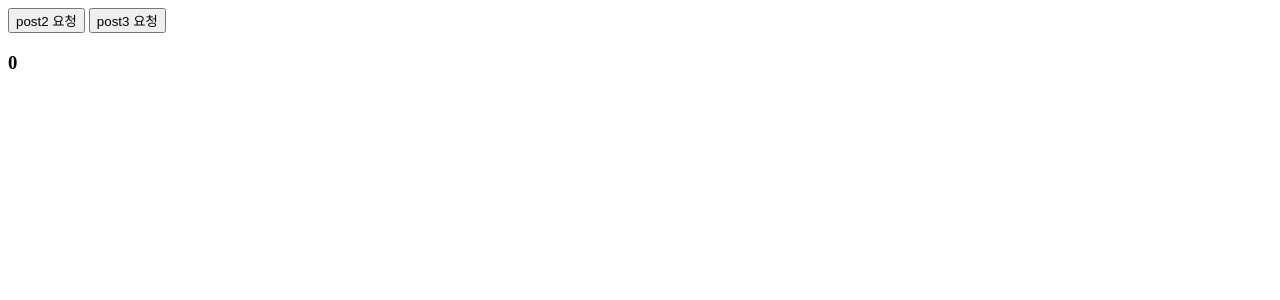
Repository: cwj2306/blog_project_2
Page: http://localhost/blog/test/ajaxtext4.jsp
An editor plug-in stored every save of this project. The page is shown before and after the next save, followed by the edit.
The browser window is 1280 px wide. The pictures show the whole page.
The page is served by Tomcat 9. Nobody is signed in. The application's start-up code is not run. Other server files are loaded and not shown.

Above is the page before, as saved 2019-11-05 01:56:00.

### blog/WebContent/test/ajaxtext4.jsp
<%@ page language="java" contentType="text/html; charset=UTF-8" pageEncoding="UTF-8"%>
<!DOCTYPE html>
<html>
<head>
<meta charset="UTF-8">
<title>Insert title here</title>
</head>
<body>

	<button onclick="sendPost2()">post2 요청</button>
	<button onclick="sendPost3()">post3 요청</button>

	<h3><div id="demo">0</div></h3>


	<script>

		let postNum2 = 0;
		let postNum3 = 0;
		let sum = 0;

		function sendPost2() {
			var xhttp = new XMLHttpRequest();

			xhttp.onreadystatechange = function() {
				if (this.readyState == 4 && this.status == 200) {
					postNum2 = this.responseText;
					console.log('post2 : ' + postNum2);
				}
			};

			xhttp.open("POST", "http://localhost:8000/blog/test2", true);
			xhttp.setRequestHeader("Content-type", "text/plain");
			xhttp.send();
		}

		function sendPost3() {
			var xhttp = new XMLHttpRequest();

			xhttp.onreadystatechange = function() {
				if (this.readyState == 4 && this.status == 200) {
					postNum3 = this.responseText;
					console.log('post3 : ' + postNum3);

					sum = Number(postNum2) + Number(postNum3);
					console.log('sum = ' + sum);

					document.querySelector("#demo").innerHTML = sum;
				}
			};

			xhttp.open("POST", "http://localhost:8000/blog/test3", true);
			xhttp.setRequestHeader("Content-type", "text/plain");
			xhttp.send();
		}
	</script>

</body>
</html>

After the next save:
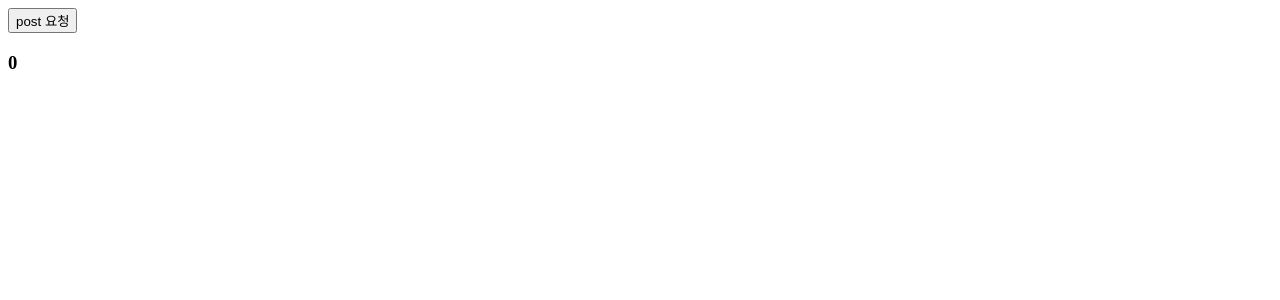
Saved 8 min 33 s later.
--- a/blog/WebContent/test/ajaxtext4.jsp
+++ b/blog/WebContent/test/ajaxtext4.jsp
@@ -7,8 +7,7 @@
 </head>
 <body>
 
-	<button onclick="sendPost2()">post2 요청</button>
-	<button onclick="sendPost3()">post3 요청</button>
+	<button onclick="sendPost3()">post 요청</button>
 
 	<h3><div id="demo">0</div></h3>
 
@@ -35,6 +34,8 @@
 		}
 
 		function sendPost3() {
+			sendPost2();
+
 			var xhttp = new XMLHttpRequest();
 
 			xhttp.onreadystatechange = function() {
